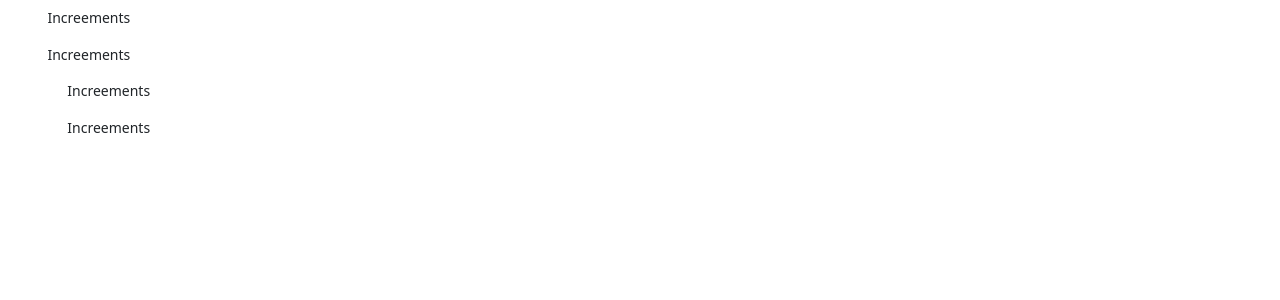
Repository: atulbihari94/counter-app
Page: / (app in counter-app/)
The author's editor kept a copy of each file at every save. The page is drawn from the files as they stood at one save, then again after the next save.
The browser window is 1280 px wide. The pictures show the whole page.
The project was rebuilt for these pictures with package versions that can differ from the ones it lists, and the page was loaded fresh each time.

Above is the page before, as saved 2019-09-26 23:36:50.

After the next save:
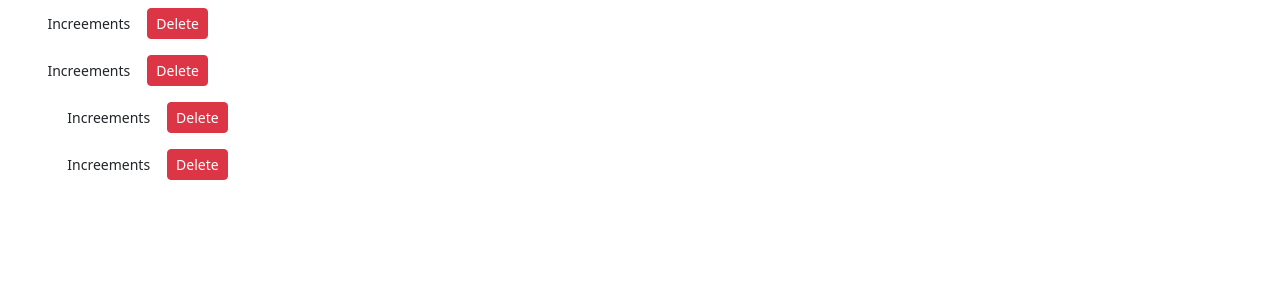
Saved 32 min 7 s later.
--- a/counter-app/src/components/counter.jsx
+++ b/counter-app/src/components/counter.jsx
@@ -18,6 +18,7 @@ class Counter extends Component {
         >
           Increements
         </button>
+        <button className="btn btn-danger btn-sm m-2">Delete</button>
       </div>
     );
   }
